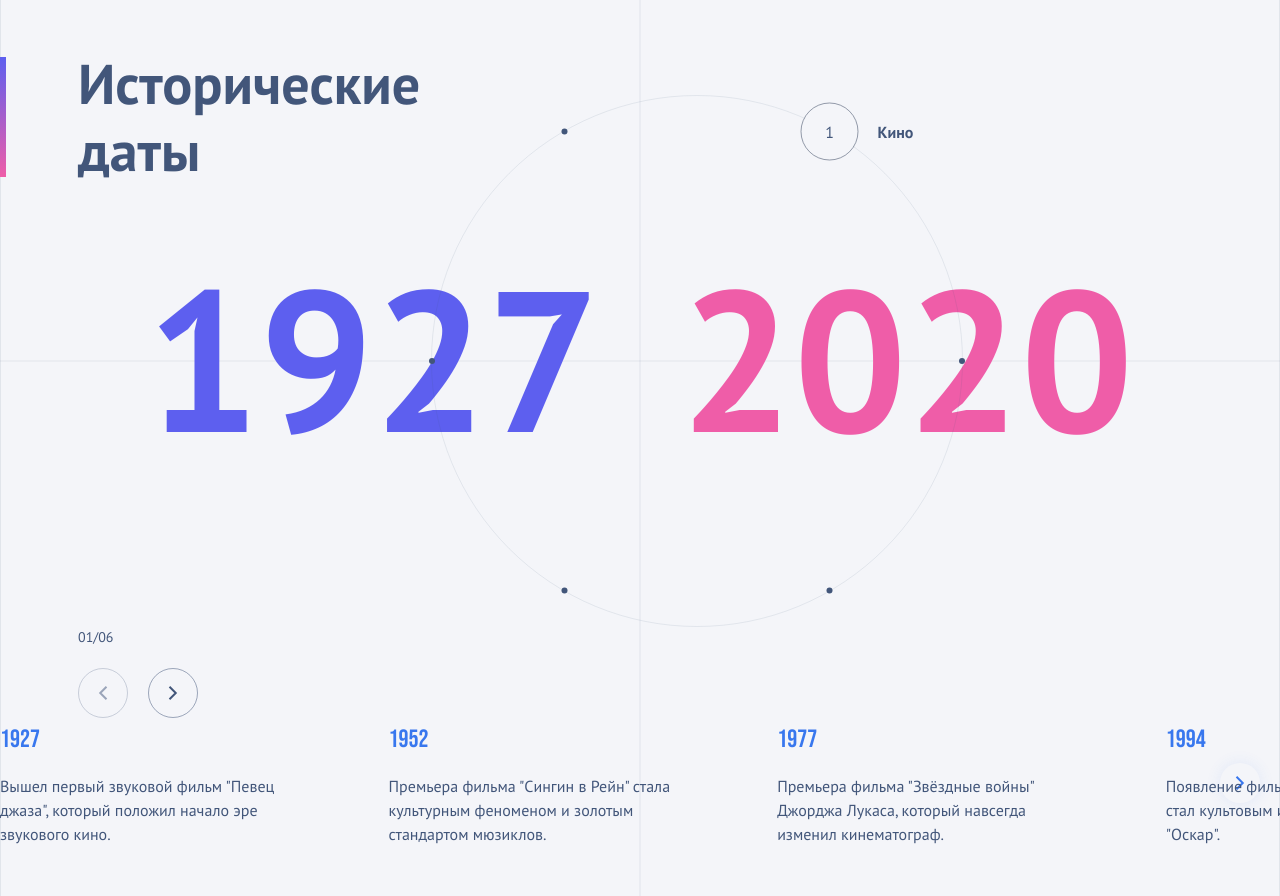
Repository: LenarTulupov/only
Page: /
These files come from the project's save history. The page is drawn as it stood at one moment and after a run of saves; the edit follows.
The browser window is 1280 px wide. The pictures show the whole page.
The project was rebuilt for these pictures with package versions that can differ from the ones it lists, and the page was loaded fresh each time.

Above is the page before, as saved 2024-12-18 13:27:42.

### public/index.html
<!DOCTYPE html>
<html lang="en">
  <head>
    <meta charset="utf-8" />
    <link rel="icon" href="%PUBLIC_URL%/favicon.ico" />
    <meta name="viewport" content="width=device-width, initial-scale=1" />
    <meta name="theme-color" content="#000000" />
    <meta
      name="description"
      content="Web site created using create-react-app"
    />
    <link rel="apple-touch-icon" href="%PUBLIC_URL%/logo192.png" />
    <link rel="manifest" href="%PUBLIC_URL%/manifest.json" />
    <title>Only Test</title>
  </head>
  <body>
    <noscript>You need to enable JavaScript to run this app.</noscript>
    <div id="root"></div>
  </body>
</html>

### src/index.tsx
import React from 'react';
import ReactDOM from 'react-dom/client';
import Router from './router/router';
import './globals.scss'

const root = ReactDOM.createRoot(
  document.getElementById('root') as HTMLElement
);
root.render(
  <React.StrictMode>
    <Router />
  </React.StrictMode>
);

### src/router/router.tsx
import { BrowserRouter, Route, Routes } from "react-router-dom";
import HomePage from "../pages/home/page";
import PagesLayout from "../layouts/pages-layout";

export default function Router() {
  return (
    <BrowserRouter>
      <Routes>
        <Route element={<PagesLayout />}>
          <Route path="/" element={<HomePage />} />
        </Route>
      </Routes>
    </BrowserRouter>
  )
};

### src/globals.scss
@import url('https://fonts.googleapis.com/css2?family=Bebas+Neue&family=PT+Sans:wght@400;700&display=swap');

:root {
  --background-color: #F4F5F9;
  --main-color: #42567a;
  --main-color-rgba: rgba(66, 86, 122, 0.5);
  --accent-color: #5D5FEF;
  --light-accent-color: #3877EE;
  --accent-second: #EF5DA8;
  --font-main: "PT Sans", serif;
  --font-second: "Bebas Neue", serif;
  --line-height: 150%;
  --font-size-main: 56px;
  --font-size-small: 14px;
  --font-size-big: 200px;
}
body {
  margin: 0;
  padding: 0;
  background-color: var(--background-color);
  color: var(--black-color);
  font-family: var(--font-main);
  line-height: var(--line-height);
}
ul {
  padding: 0;
  margin: 0;
}

li {
  list-style-type: none;
}

a {
  color: var(--black-color);
  text-decoration: none;
}

h1 {
  margin: 0;
}

### src/pages/home/page.tsx
import Container from "../../components/ui/container/container";
import Divider from "../../components/ui/divider/divider";
import HistorySection from "./history/history";
import styles from './page.module.scss';

export default function HomePage() {
  return (
    <div className={styles['home-page']}>
      <Container>
        <div className={styles['home-page__wrapper']}>
          <Divider
            position="vertical"
            className={styles.divider_vertical}
          />
          <HistorySection />
        </div>
      </Container>
    </div>
  )
};

### src/layouts/pages-layout.tsx
import { Outlet } from 'react-router-dom';
import styles from './pages-layout.module.scss';

export default function PagesLayout() {
  return (
    <div className={styles['pages-layout']}>
      <Outlet />
    </div>
  )
};

### src/components/ui/container/container.tsx
import { ReactNode } from "react"
import styles from './container.module.scss';

interface IContainer {
  children: ReactNode;
}

export default function Container({ children }: IContainer) {
  return (
    <div className={styles.container}>
      {children}
    </div>
  )
};

### src/components/ui/divider/divider.tsx
import styles from './divider.module.scss';

interface IDivider {
  position?: 'horizontal' | 'vertical';
  className?: string;
}

export default function Divider({
  position = 'horizontal', className }: IDivider) {
  return <div className={`
    ${styles.divider}
    ${styles[`divider_${position}`]}
    ${className || ''}
  `}/>
};

### src/pages/home/history/history.tsx
import { useState } from 'react';
import Divider from '../../../components/ui/divider/divider';
import Title from '../../../components/ui/title/title';
import Circle from './circle/circle';
import Dates from './dates/dates';
import HistorySlider from './history-slider/history-slider';
import styles from './history.module.scss';
import StepNavigation from './step-navigation/step-navigation';
import { circleItems } from '../../../constants/circle-items';

export default function HistorySection() {
  const [activeButton, setActiveButton] = useState<number>(1);
  const activeCategory = circleItems.find((item) => item.id === activeButton);
  const firstDate = activeCategory?.events[0]?.year;
  const lastDate = activeCategory?.events.at(-1)?.year;

  return (
    <section className={styles.history}>
      <div className={styles.history__content}>
        <div className={styles['history__content-col-1']}>
          <Title className={styles.history__title} showBefore>
            Исторические даты
          </Title>
          <Circle
            className={styles.circle}
            activeButton={activeButton}
            setActiveButton={setActiveButton}
          />
        </div>
        <StepNavigation
          className={styles['step-navigation']}
          activeButton={activeButton}
          setActiveButton={setActiveButton}
        />
        <Divider
          position="horizontal"
          className={styles.divider_horizontal}
        />
        <Dates
          className={styles.dates}
          firstDate={firstDate}
          lastDate={lastDate}
        />
      </div>
      <HistorySlider
        activeCategory={activeCategory}
        className={styles['history-slider']}
      />
    </section>
  )
};

### src/pages/home/page.module.scss
.home-page {
  &__wrapper {
    position: relative;
    min-height: 100vh;
    .divider_vertical {
      position: absolute;
      top: 0;
      left: 50%;
      transform: translateX(-50%);
      z-index: -10;
    }
  }

  /* Линия слева */
  &__wrapper::before {
    content: "";
    position: absolute;
    top: 0;
    bottom: 0;
    left: 0;
    width: 1px;
    background-color: var(--main-color);
    opacity: 0.1;
  }

  /* Линия справа */
  &__wrapper::after {
    content: "";
    position: absolute;
    top: 0;
    bottom: 0;
    right: 0;
    width: 1px;
    background-color: var(--main-color);
    opacity: 0.1;
  }
  /* Линий по центру горизонтальная */

  /* Линий по центру вертикальная */
}

### src/components/ui/container/container.module.scss
.container {
  max-width: 1440px;
  margin: 0 auto;
}

### src/components/ui/divider/divider.module.scss
.divider {
  background-color: var(--main-color);
  opacity: 0.1;
  &_horizontal {
    width: 100%;
    height: 1px;
  }
  &_vertical {
    width: 1px;
    height: 100%;
  }
}

### src/components/ui/title/title.tsx
import { ReactNode } from 'react';
import styles from './title.module.scss';

interface ITitle {
  children: ReactNode;
  className?: string;
  color?: 'main' | 'blue' | 'light-blue' | 'pink';
  size?: 'main' | 'small'| 'big';
  showBefore?: boolean;
}

export default function Title({
  children,
  className,
  color = 'main',
  size = 'main',
  showBefore = false }: ITitle) {
  return (
    <h1
      className={`
        ${styles.title}
        ${className || ''}
        ${styles[`title__color-${color}`]}
        ${styles[`title__size-${size}`]}
        ${showBefore ? styles['title_before'] : ''}
      `}>
      {children}
    </h1>
  )
};

### src/pages/home/history/circle/circle.tsx
import { useEffect, useRef, Dispatch, SetStateAction } from 'react';
import { gsap } from 'gsap';
import { circleItems } from '../../../../constants/circle-items';
import styles from './circle.module.scss';
import Dates from '../dates/dates';

interface ICircle {
  className?: string;
  activeButton: number;
  setActiveButton: Dispatch<SetStateAction<number>>;
}

export default function Circle({
  className,
  activeButton,
  setActiveButton }: ICircle) {
  const circleRef = useRef<HTMLDivElement>(null);
  const buttonsRef = useRef<HTMLDivElement[]>([]);

  const handleActiveButton = (btnId: number) => {
    setActiveButton(btnId);
  };

  useEffect(() => {
    const rotationAngle = (1 - activeButton) * 60;
    gsap.to(circleRef.current, {
      rotate: rotationAngle,
      duration: 0.5,
      ease: 'power2.out',
    });

    buttonsRef.current.forEach((btn) => {
      let buttonRotation = 0;

      switch (activeButton) {
        case 2:
          buttonRotation = 60;
          break;
        case 3:
          buttonRotation = 120;
          break;
        case 4:
          buttonRotation = 180;
          break;
        case 5:
          buttonRotation = 240;
          break;
        case 6:
          buttonRotation = 300;
          break;
        default:
          buttonRotation = 0;
          break;
      }

      gsap.to(btn, {
        rotate: buttonRotation,
        duration: 0.5,
        ease: 'power2.out',
      });
    });
  }, [activeButton]);

  return (
    <div ref={circleRef} className={`${styles.circle} ${className || ''}`}>
      {circleItems.map((item, index) => {
        const btnId = index + 1;
        return (
          <div
            key={btnId}
            ref={(el) => (buttonsRef.current[index] = el!)}
            className={`
                ${styles[`circle__btn-${btnId}`]}
                ${styles.circle__btn}
                ${activeButton === btnId ? styles.active : ''}
              `}
            onClick={() => handleActiveButton(btnId)}
          >
            {btnId}
            <span
              className={`
                  ${styles['sub-title']}
                  ${activeButton === btnId ? styles.active : ''}
                `}
            >
              {item.category}
            </span>
          </div>
        );
      })}
    </div>
  );
}

### src/pages/home/history/dates/dates.tsx
import { useEffect, useState } from 'react';
import Title from '../../../../components/ui/title/title';
import styles from './dates.module.scss';

interface IDates {
  className?: string;
  firstDate: string;
  lastDate: string;
}

export default function Dates({ className, firstDate, lastDate }: IDates) {
  const [currentFirstDate, setCurrentFirstDate] = useState(Number(firstDate));
  const [currentLastDate, setCurrentLastDate] = useState(Number(lastDate));

  useEffect(() => {
    const animateNumber = (
      from: number,
      to: number,
      setNumber: React.Dispatch<React.SetStateAction<number>>
    ) => {
      const stepTime = 20;
      const steps = 50;
      const delta = (to - from) / steps;

      let currentStep = 0;
      const interval = setInterval(() => {
        currentStep += 1;
        const nextValue = from + delta * currentStep;
        setNumber(Math.round(nextValue));

        if (currentStep >= steps) {
          clearInterval(interval);
          setNumber(to);
        }
      }, stepTime);
    };

    animateNumber(Number(currentFirstDate), Number(firstDate), setCurrentFirstDate);
    animateNumber(Number(currentLastDate), Number(lastDate), setCurrentLastDate);
  }, [firstDate, lastDate]);
  return (
    <div className={`${styles.dates} ${className || ''}`}>
      <Title color='blue' size='big'>{currentFirstDate}</Title>
      <Title color='pink' size='big'>{currentLastDate}</Title>
    </div>
  )
};

### src/pages/home/history/history.module.scss
.history {
  padding: 50px 0;
  &__title {
    line-height: 1.2;
    width: 353px;
    padding-left: 78px;
    height: fit-content;

  }
  &__content {
    position: relative;
    // display: grid;
    // grid-template-columns: repeat(3, 1fr);

    display: flex;
    flex-direction: column;
    height: 615px;
    &-col-1 {
      display: flex;
      // flex-direction: column;
      // justify-content: space-between;
    }
  }
}
.circle {
  margin-top: 45px;
}
.divider_horizontal {
  position: absolute;
  top: calc(50% + 3px);
  left: 0;
  transform: translateY(-50%);
  z-index: -10;
}
.step-navigation {
  padding-left: 78px;
}

### src/pages/home/history/step-navigation/step-navigation.tsx
import { Dispatch, SetStateAction } from "react";
import NavigationButtons from "./navigation-buttons/navigation-buttons";
import SliderStep from "./slider-step/slider-step";
import styles from './step-navigation.module.scss';

interface IStepNavigation {
  className?: string;
  activeButton: number;
  setActiveButton: Dispatch<SetStateAction<number>>;
}

export default function StepNavigation({
  className,
  activeButton,
  setActiveButton }: IStepNavigation) {

    const handleNext = () => {
      setActiveButton((p) => (p < 6 ? p + 1 : 1));
    };

    const handlePrev = () => {
      setActiveButton((p) => (p > 1 ? p - 1 : 6));
    };

    return (
      <div className={`${styles['step-navigation']} ${className || ''}`}>
        <SliderStep activeButton={activeButton} />
        <NavigationButtons
          handleNext={handleNext}
          handlePrev={handlePrev}
          isBeginning={activeButton === 1}
          isEnd={activeButton === 6}
        />
      </div>
    );
};

### src/components/ui/title/title.module.scss
.title {
  line-height: 150%;
  position: relative;
  &::before {
    content: "";
    position: absolute;
    top: 50%;
    transform: translateY(-50%);
    left: 0;
    height: 120px;
    width: 6px;
    background: linear-gradient(to bottom, var(--accent-color) 0%, var(--accent-second) 100%);
    visibility: hidden;
  }
  &.title_before::before {
    visibility: visible; // Показываем псевдоэлемент
  }
  &__color-main {
    color: var(--main-color);
  }

  &__color-blue {
    color: var(--accent-color);
  }
  &__color-light-blue {
    color: var(--light-accent-color);
  }

  &__color-pink {
    color: var(--accent-second);
  }

  &__size-main {
    font-size: var(--font-size-main);
  }
  &__size-small {
    font-size: var(--font-size-small);
  }

  &__size-big {
    font-size: var(--font-size-big);
  }
}

### src/pages/home/history/circle/circle.module.scss
.circle {
  position: relative;
  width: 530px;
  height: 530px;
  border: 1px solid rgba(66, 86, 122, 0.1);
  border-radius: 100%;
  display: flex;
  justify-content: center;
  align-items: center;
  transform-origin: center;
}

.circle__btn {
  position: absolute;
  display: flex;
  align-items: center;
  justify-content: center;
  width: 6px;
  height: 6px;
  border: none;
  background-color: var(--main-color);
  border-radius: 100%;
  color: var(--main-color);
  line-height: 30px;
  font-size: 0;
  cursor: pointer;
  transition: width .3s ease-in-out, height .3s ease-in-out, font-size .3s ease-in-out;

  &::before {
    content: "";
    position: absolute;
    top: 50%;
    left: 50%;
    transform: translate(-50%, -50%);
    width: 25px;
    height: 25px;
    border-radius: 100%;
    background: transparent;
  }

  .sub-title {
    position: absolute;
    top: 50%;
    left: 0;
    transform: translateY(-50%);
    margin-left: 76px;
    font-weight: bold;
    opacity: 0;
    transition: opacity 0.3s ease-in-out;
  }

  .sub-title.active {
    opacity: 1;
  }

  &:hover,
  &.active {
    width: 56px;
    height: 56px;
    font-size: 16px;
    background-color: #F4F5F9;
    outline: 1px solid rgba(48, 62, 88, 0.5);
  }

  &-1 {
    transform: rotate(300deg) translateX(265px) rotate(60deg);
  }

  &-2 {
    transform: rotate(0deg) translateX(265px) rotate(0deg);
  }

  &-3 {
    transform: rotate(60deg) translateX(265px) rotate(-60deg);
  }

  &-4 {
    transform: rotate(120deg) translateX(265px) rotate(-120deg);
  }

  &-5 {
    transform: rotate(180deg) translateX(265px) rotate(-180deg);
  }

  &-6 {
    transform: rotate(240deg) translateX(265px) rotate(-240deg);
  }
}

### src/pages/home/history/dates/dates.module.scss
.dates {
  position: absolute;
  top: 50%;
  left: 50%;
  transform: translate(-50%, -50%);
  display: flex;
  gap: 80px;
  z-index: -1;
}

### src/pages/home/history/history-slider/slider-content/slider-content.tsx
import Text from "../../../../../components/ui/text/text";
import Title from "../../../../../components/ui/title/title";
import styles from './slider-content.module.scss';

interface ISliderContent {
  year: string;
  text: string;
}

export default function SliderContent({ year, text }: ISliderContent) {
  return (
    <div className={styles['slider-content']}>
      <Title
        size="small"
        color="light-blue"
        className={styles['slider-content__title']}
      >
        {year}
      </Title>
      <Text text={text} />
    </div>
  )
};

### src/components/ui/content-container/content-container.tsx
import { ReactNode } from 'react';
import styles from './content-container.module.scss';

interface IContentContainer {
  children: ReactNode;
}

export default function ContentContainer({ children }: IContentContainer) {
  return (
    <div className={styles['content-container']}>
      {children}
    </div>
  )
};

### src/components/ui/arrow-button/arrow-button.tsx
import styles from './arrow-button.module.scss';

interface IArrowButton {
  rotation?: 'left' | 'right'
  onClick?: () => void;
  slider?: boolean;
  disabled?: boolean;
  className?: string;
}

export default function ArrowButton({
  rotation,
  onClick,
  slider = false,
  disabled = false,
  className}: IArrowButton) {
  return (
    <button
      className={`
        ${styles['arrow-button']}
        ${styles[rotation]}
        ${slider ? styles['arrow-button_slider'] : ''}
        ${className || ''}
        ${disabled ? styles.disabled : ''}
      `}
      onClick={onClick}
      disabled={disabled}
    >
      <svg width="10" height="14" viewBox="0 0 10 14" fill="none" xmlns="http://www.w3.org/2000/svg">
        <path d="M8.49988 0.750001L2.24988 7L8.49988 13.25" stroke="#42567A" stroke-width="2" />
      </svg>
    </button>
  )
};

### src/pages/home/history/history-slider/history-slider.module.scss
.history-slider {
  position: relative;
  margin-top: 56px;
}
.next {
  position: absolute;
  top: 50%;
  transform: translateY(-50%);
  right: 20px;
}
.prev {
  position: absolute;
  top: 50%;
  transform: translateY(-50%);
  left: 20px;
}

.fade-out {
  opacity: 0;
  transition: opacity 0.5s ease;
}
.fade-in {
  opacity: 1;
  transition: opacity 0.5s ease;
}

### src/pages/home/history/step-navigation/navigation-buttons/navigation-buttons.tsx
import ArrowButton from '../../../../../components/ui/arrow-button/arrow-button';
import styles from './navigation-buttons.module.scss';

interface INavigationButtons {
  handleNext: () => void;
  handlePrev: () => void;
  isBeginning: boolean;
  isEnd: boolean;
}

export default function NavigationButtons({
  handleNext,
  handlePrev,
  isBeginning,
  isEnd }: INavigationButtons) {
  return (
    <div className={styles['navigation-buttons']}>
      <ArrowButton
        onClick={handlePrev}
        disabled={isBeginning}
      />
      <ArrowButton
        rotation='right'
        onClick={handleNext}
        disabled={isEnd}
      />
    </div>
  );
};

### src/pages/home/history/step-navigation/slider-step/slider-step.tsx
import Title from "../../../../../components/ui/title/title";
import styles from './slider-step.module.scss';

interface ISliderStep {
  activeButton: number;
}

export default function SliderStep({ activeButton }: ISliderStep) {
  return <Title size="small" className={styles.font}>0{activeButton}/06</Title>
};

### src/pages/home/history/step-navigation/step-navigation.module.scss
.step-navigation {
  display: flex;
  flex-direction: column;
  row-gap: 20px;
}

### src/components/ui/text/text.tsx
import styles from './text.module.scss';

interface IText {
  text: string;
}

export default function Text({ text }: IText) {
  return (
    <div className={styles.text}>
        { text }
    </div>
  )
};

### src/pages/home/history/history-slider/slider-content/slider-content.module.scss
.slider-content {
  display: flex;
  flex-direction: column;
  row-gap: 15px;
  cursor: grabbing;
  &__title {
    font-family: var(--font-second);
    font-weight: 400;
    font-size: 25px;
  }
}

### src/components/ui/content-container/content-container.module.scss
.content-container {
  max-width: calc(1440px - 160px);
  margin: 0 auto;
}

### src/components/ui/arrow-button/arrow-button.module.scss
.arrow-button {
  width: 50px;
  height: 50px;
  display: flex;
  align-items: center;
  justify-content: center;
  border: 1px solid var(--main-color-rgba);
  background-color: transparent;
  border-radius: 100%;
  cursor: pointer;
}
.arrow-button_slider {
  width: 40px;
  height: 40px;
  border: none;
  box-shadow: 0 0 15px 0 rgba(56, 119, 238, 0.1);
  svg path {
    stroke: var(--light-accent-color);
  }
}
.left {
  transform: rotate(0deg);
}
.right {
  transform: rotate(180deg);
}
.disabled {
  opacity: .5;
  cursor: auto;
}

### src/pages/home/history/step-navigation/navigation-buttons/navigation-buttons.module.scss
.navigation-buttons {
  display: flex;
  column-gap: 20px;
}
.disabled {
  opacity: .5;
  cursor: auto;
}

### src/pages/home/history/step-navigation/slider-step/slider-step.module.scss
.font {
  font-weight: 400;
}

### src/components/ui/text/text.module.scss
.text {
  color: var(--main-color);
}

Loaded but not shown: src/constants/circle-items.ts (122 lines, source omitted); src/pages/home/history/history-slider/history-slider.tsx (119 lines, source omitted); src/layouts/pages-layout.module.scss (no stored copy; drawn as an empty file)

After the next 2 saves:
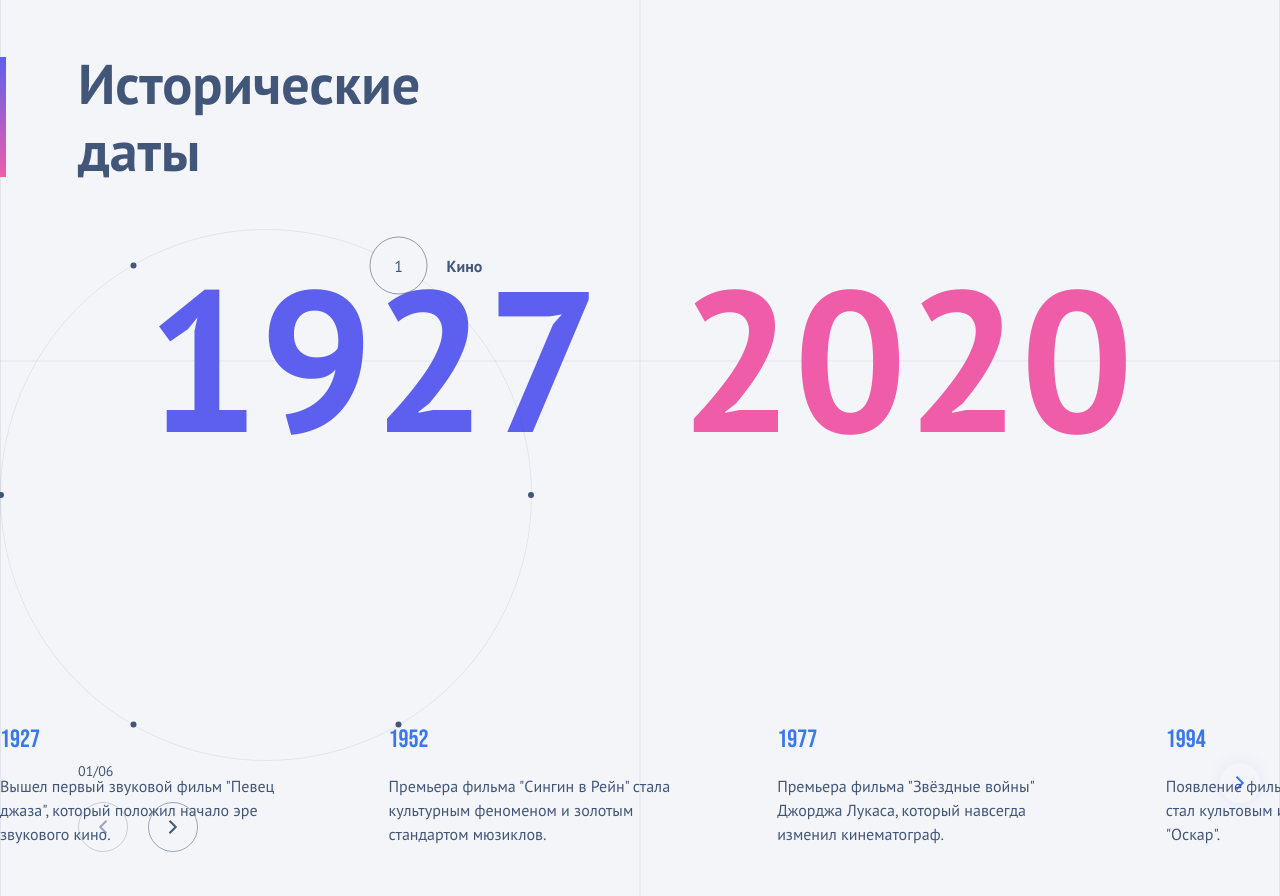
The 2 saves are shown as one change because they came seconds apart.
The last was saved 7 s later.
--- a/src/pages/home/history/history.module.scss
+++ b/src/pages/home/history/history.module.scss
@@ -16,7 +16,9 @@
     flex-direction: column;
     height: 615px;
     &-col-1 {
-      display: flex;
+      // display: flex;
+
+      display: grid;
       // flex-direction: column;
       // justify-content: space-between;
     }
